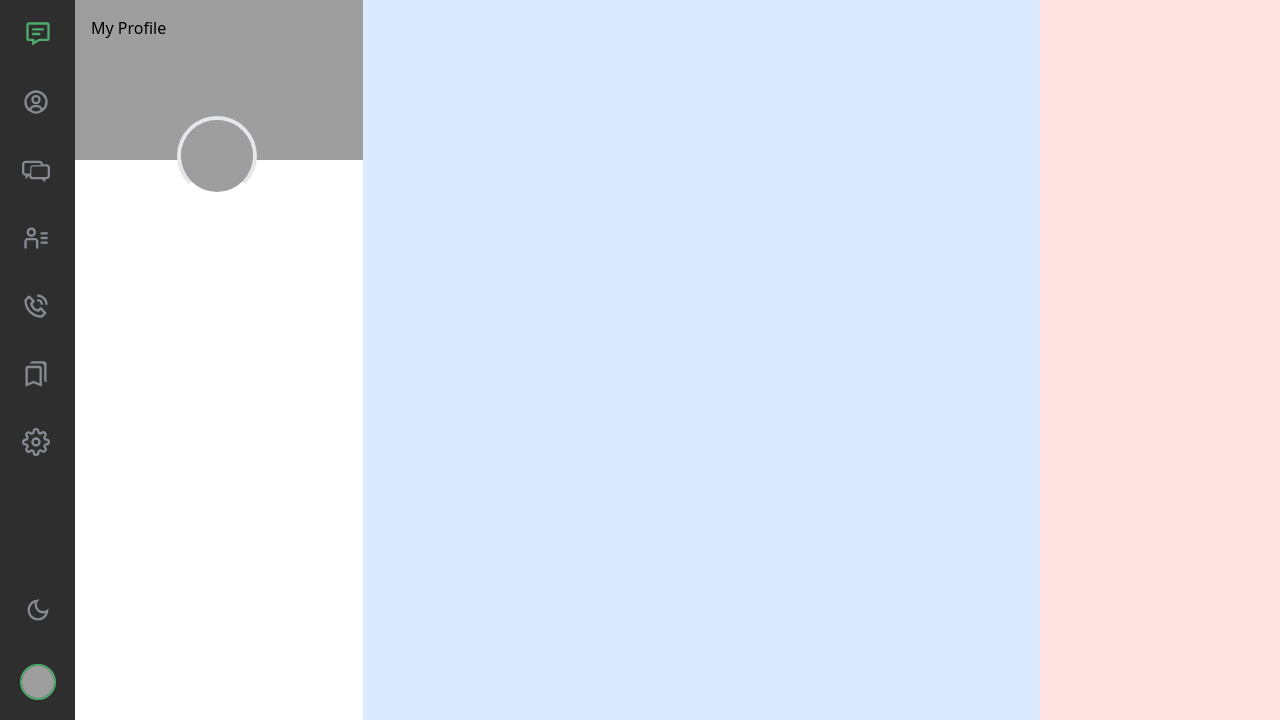
Repository: satya-ranjon/Chat-app
Page: /
An editor plug-in stored every save of this project. The page is shown before and after the next save, followed by the edit.
The browser window is 1280 px wide. The pictures show the whole page.
Pictures or frames that could not be fetched are drawn as grey boxes. The project was rebuilt for these pictures with package versions that can differ from the ones it lists, and the page was loaded fresh each time.

Above is the page before, as saved 2022-03-31 03:36:10.

### src/index.js
import * as ReactDOMClient from "react-dom/client";
import "./index.css";
import App from "./App";

const root = ReactDOMClient.createRoot(document.getElementById("root"));
root.render(<App />);

### src/App.jsx
import React from "react";
// import Chats from "./components/Chats/Chats";
import MyProfile from "./components/MyProfile/MyProfile";
import SideBarManu from "./components/SideBarManu";
import UserChat from "./components/UserChat";
import UserProfileSidebar from "./components/UserProfileSidebar";

export default function App() {
  return (
    <div className="flex">
      <SideBarManu />
      {/* <Chats /> */}
      <MyProfile />
      <UserChat />
      <UserProfileSidebar />
    </div>
  );
}

### src/components/MyProfile/MyProfile.jsx
import React from "react";
import UserImage from "../UserImage";
const Image =
  "https://img.freepik.com/free-photo/interior-wall-mockup-green-wall-wooden-cabinet-3d-rendering_41470-3959.jpg?w=996";

export default function MyProfile() {
  return (
    <div className="sm:w-72 h-screen w-40 ">
      <div className="relative">
        <img src={Image} alt={Image} className="w-full h-40" />
        <UserImage className="w-16 h-16 sm:w-20 sm:h-20 rounded-full absolute sm:-bottom-9  -bottom-7 sm:right-[6.6rem]  right-12  border-4 border-b-white" />
        <p className=" absolute top-0 left-0 p-4">My Profile</p>
      </div>
    </div>
  );
}

### src/components/SideBarManu.jsx
import React, { useState } from "react";
import { BiMessageDetail, BiUserCircle, BiPhoneCall } from "react-icons/bi";
import { TiMessages } from "react-icons/ti";
import { CgUserList } from "react-icons/cg";

import {
  MdOutlineBookmarks,
  MdOutlineDarkMode,
  MdOutlineLightMode,
} from "react-icons/md";
import { FiSettings } from "react-icons/fi";
import UserImage from "./UserImage";

export default function SideBarManu() {
  const [toggle, setToggle] = useState(true);
  return (
    <div className="w-[75px] h-screen bg-[#2e2e2e] flex flex-col justify-between">
      <div className="flex flex-col">
        <BiMessageDetail
          color="#4eac6d"
          className="text-center  m-5 cursor-pointer mx-auto "
          size={28}
        />
        <div
          className={` ${
            toggle ? `border-[#2e2e2e]` : `border-[#4eac6d]`
          } border-r-4 transition-all duration-200  `}
          onClick={() => setToggle((prev) => !prev)}
        >
          <BiUserCircle
            color={toggle ? `#878a92` : `#4eac6d`}
            className="text-center  m-5 cursor-pointer mx-auto   "
            size={28}
          />
        </div>
        <div className="border-r-4 border-[#2e2e2e] transition-all duration-200 ">
          <TiMessages
            color="#878a92"
            className="text-center  m-5 cursor-pointer mx-auto"
            size={28}
          />
        </div>
        <div className="border-r-4 border-[#2e2e2e] transition-all duration-200 ">
          <CgUserList
            color="#878a92"
            className="text-center  m-5 cursor-pointer mx-auto"
            size={28}
          />
        </div>
        <div className="border-r-4 border-[#2e2e2e] transition-all duration-200 ">
          <BiPhoneCall
            color="#878a92"
            className="text-center  m-5 cursor-pointer mx-auto"
            size={28}
          />
        </div>
        <div className="border-r-4 border-[#2e2e2e] transition-all duration-200 ">
          <MdOutlineBookmarks
            color="#878a92"
            className="text-center  m-5 cursor-pointer mx-auto"
            size={28}
          />
        </div>
        <div className="border-r-4 border-[#2e2e2e] transition-all duration-200 ">
          <FiSettings
            color="#878a92"
            className="text-center  m-5 cursor-pointer mx-auto"
            size={28}
          />
        </div>
      </div>
      <div className="flex flex-col">
        <MdOutlineDarkMode
          color="#878a92"
          className="text-center  m-5 cursor-pointer mx-auto"
          size={28}
        />
        {/* <MdOutlineLightMode
          color="#878a92"
          className="text-center  m-5 cursor-pointer mx-auto"
          size={28}
        /> */}
        <UserImage className="w-9 h-9 rounded-full mx-auto  m-5 border-2 border-[#4eac6d]" />
      </div>
    </div>
  );
}

### src/components/UserChat.jsx
import React from "react";

export default function UserChat() {
  return <div className="flex-grow h-screen bg-blue-100"></div>;
}

### src/components/UserProfileSidebar.jsx
import React from "react";

export default function UserProfileSidebar() {
  return <div className="w-60 h-screen bg-red-100"></div>;
}

### src/components/UserImage.jsx
import React from "react";

export default function UserImage({ className }) {
  return (
    <img
      className={className}
      src="https://media.istockphoto.com/photos/smiling-man-outdoors-in-the-city-picture-id1179420343"
      alt="profile pic"
    />
  );
}

Loaded but not shown: public/index.html (common file); src/index.css (common file); tailwind.config.js (common file)

After the next save:
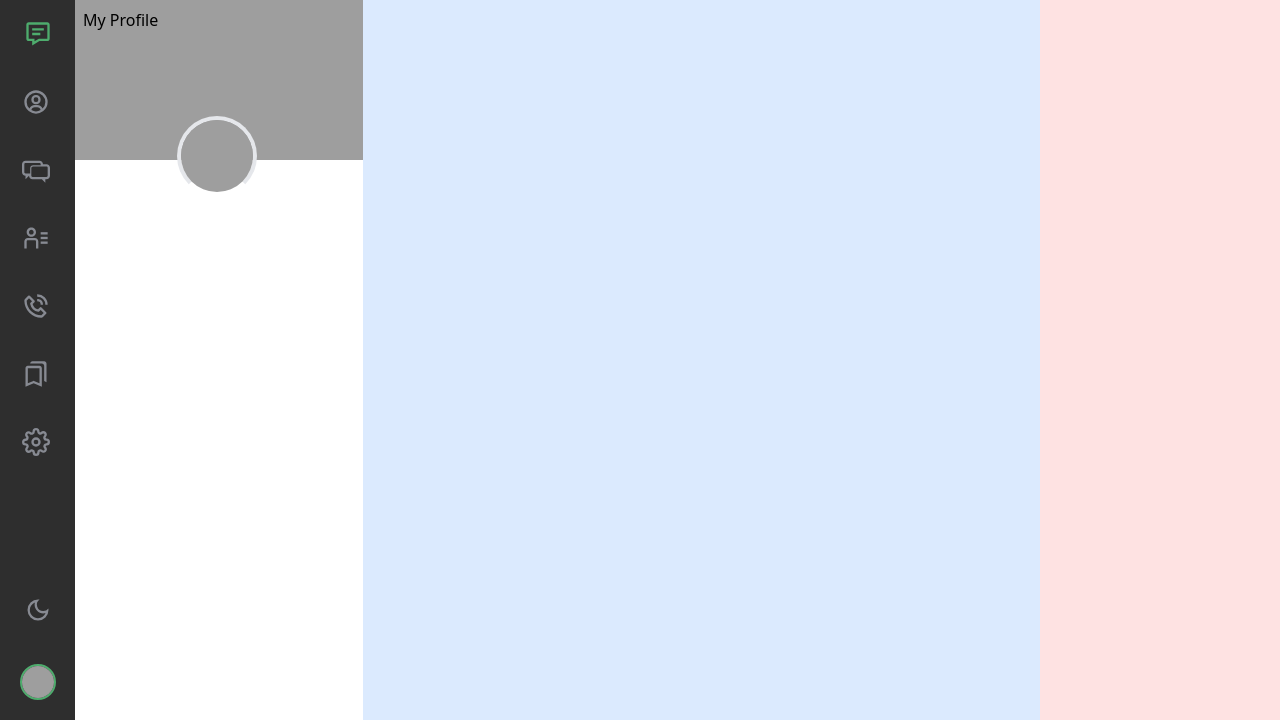
Saved 10 s later.
--- a/src/components/MyProfile/MyProfile.jsx
+++ b/src/components/MyProfile/MyProfile.jsx
@@ -9,7 +9,7 @@ export default function MyProfile() {
       <div className="relative">
         <img src={Image} alt={Image} className="w-full h-40" />
         <UserImage className="w-16 h-16 sm:w-20 sm:h-20 rounded-full absolute sm:-bottom-9  -bottom-7 sm:right-[6.6rem]  right-12  border-4 border-b-white" />
-        <p className=" absolute top-0 left-0 p-4">My Profile</p>
+        <p className=" absolute top-0 left-0 p-2">My Profile</p>
       </div>
     </div>
   );
